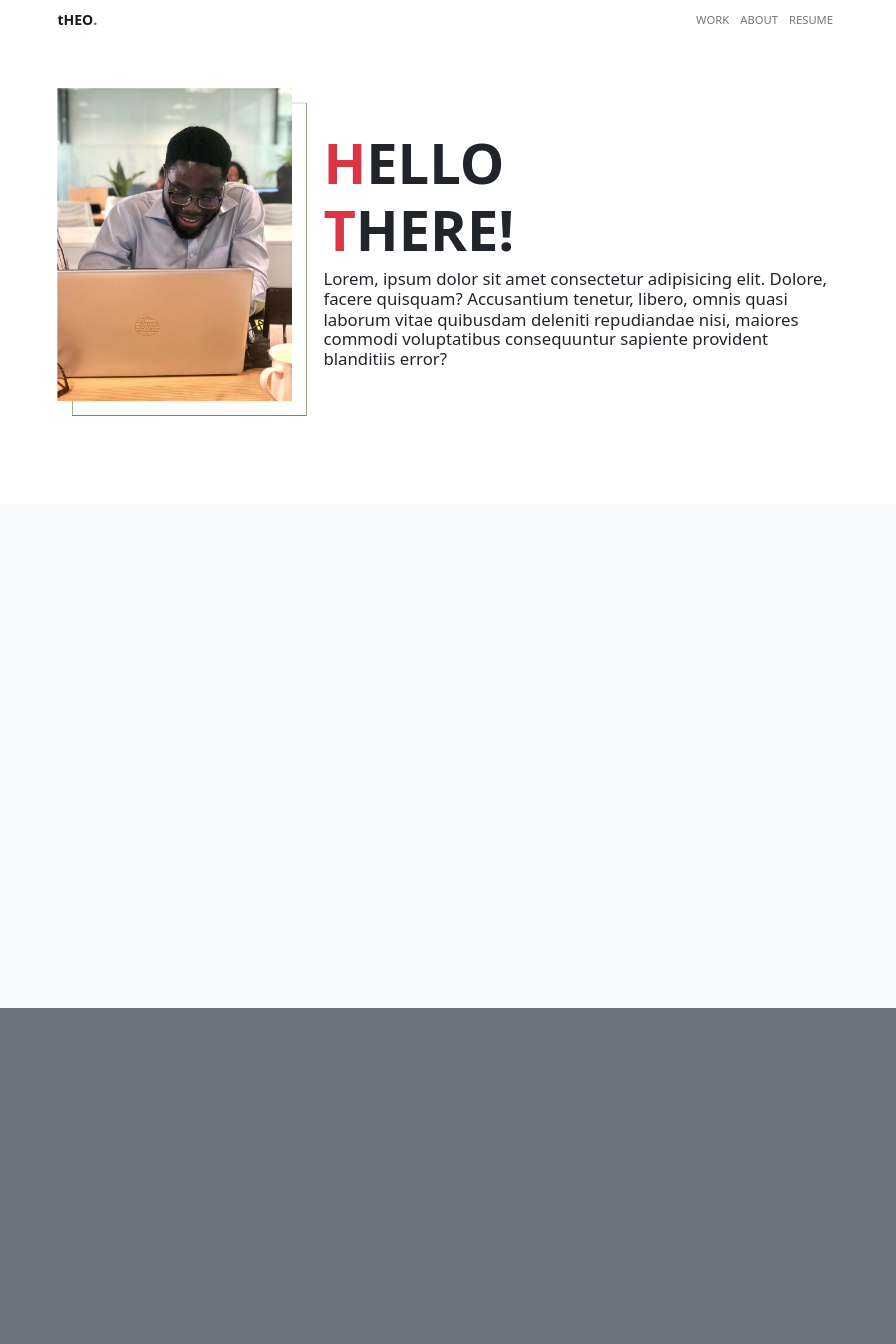
Repository: tHEO2k17/portfolio
Page: /
The author's editor kept a copy of each file at every save. The page is drawn from the files as they stood at one save, then again after the next save.
The browser window is 1280 px wide. The pictures show the part of the page from y = 0 to 1920 px (the page is 3000 px tall), at 70% of full size.
The project was rebuilt for these pictures with package versions that can differ from the ones it lists, and the page was loaded fresh each time.

Above is the page before, as saved 2021-07-22 07:31:05.

### public/index.html
<!DOCTYPE html>
<html lang="en">
  <head>
    <meta charset="utf-8" />
    <link rel="icon" href="%PUBLIC_URL%/favicon.ico" />
    <meta name="viewport" content="width=device-width, initial-scale=1" />
    <meta name="theme-color" content="#000000" />
    <meta
      name="description"
      content="Web site created using create-react-app"
    />
    <link rel="apple-touch-icon" href="%PUBLIC_URL%/logo192.png" />
    <link rel="manifest" href="%PUBLIC_URL%/manifest.json" />
    <title>Theophilus Paintsil - Portfolio</title>
  </head>
  <body>
    <noscript>You need to enable JavaScript to run this app.</noscript>
    <div id="root"></div>
  </body>
</html>

### src/index.tsx
import React from 'react';
import ReactDOM from 'react-dom';
import './index.scss';
import App from './presentation/App';

ReactDOM.render(
  <React.StrictMode>
    <App />
  </React.StrictMode>,
  document.getElementById('root')
);

### src/presentation/App.tsx
import React from 'react';
import { Switch, Route, BrowserRouter as Router, } from 'react-router-dom';
import HomePage from './pages/HomePage';

function App() {
  return (
    <Router>
      <Switch>
        <Route exact path="/" component={HomePage} />
      </Switch>
    </Router>
  );
}

export default App;

### src/presentation/pages/HomePage.tsx
import { Col, Container, Nav, Navbar, Row, Image } from "react-bootstrap";

export default function HomePage() {
    return (
        <>
            <Navbar expand="lg" fixed="top" variant="light">
                <Container>
                    <Navbar.Brand href="#home">
                        <span className="fw-bold">tHEO<b className="text-danger">.</b></span>
                    </Navbar.Brand>
                    <Navbar.Toggle />
                    <Navbar.Collapse>
                        <Nav className="ms-auto">
                            <Nav.Link href="#home">WORK</Nav.Link>
                            <Nav.Link href="#home">ABOUT</Nav.Link>
                            <Nav.Link href="#link">RESUME</Nav.Link>
                        </Nav>
                    </Navbar.Collapse>
                </Container>
            </Navbar>

            <header className="min-vh-100">
                <Container>
                    <Row className="align-items-center min-vh-100 my-auto">
                        <Col md="4"> <Image src="assets/images/theo.png" fluid /> </Col>
                        <Col>
                            <h1 className="display-1 fw-bold"><b className="text-danger">H</b>ELLO <br /> <b className="text-danger">T</b>HERE!</h1>
                            <h4>
                                Lorem, ipsum dolor sit amet consectetur adipisicing elit. Dolore, facere quisquam? Accusantium tenetur, libero, omnis quasi laborum vitae quibusdam deleniti repudiandae nisi, maiores commodi voluptatibus consequuntur sapiente provident blanditiis error?
                            </h4>
                        </Col>
                    </Row>
                </Container>
            </header>

            <section className="bg-light min-vh-100">
                {/* skills and tools */}
            </section>

            <section className="bg-secondary min-vh-100">
                {/* employment history */}
            </section>

            <section className="bg-light min-vh-100">
                {/* work gallery */}
            </section>

            <footer className="bg-dark text-white">
                <Container className="py-5">
                    <Row>
                        <Col>&copy; {new Date().getFullYear()} Theophilus Paintsil. All rights reserved </Col>
                    </Row>
                </Container>
            </footer>

        </>
    );
}

Loaded but not shown: src/index.scss (common file)

After the next save:
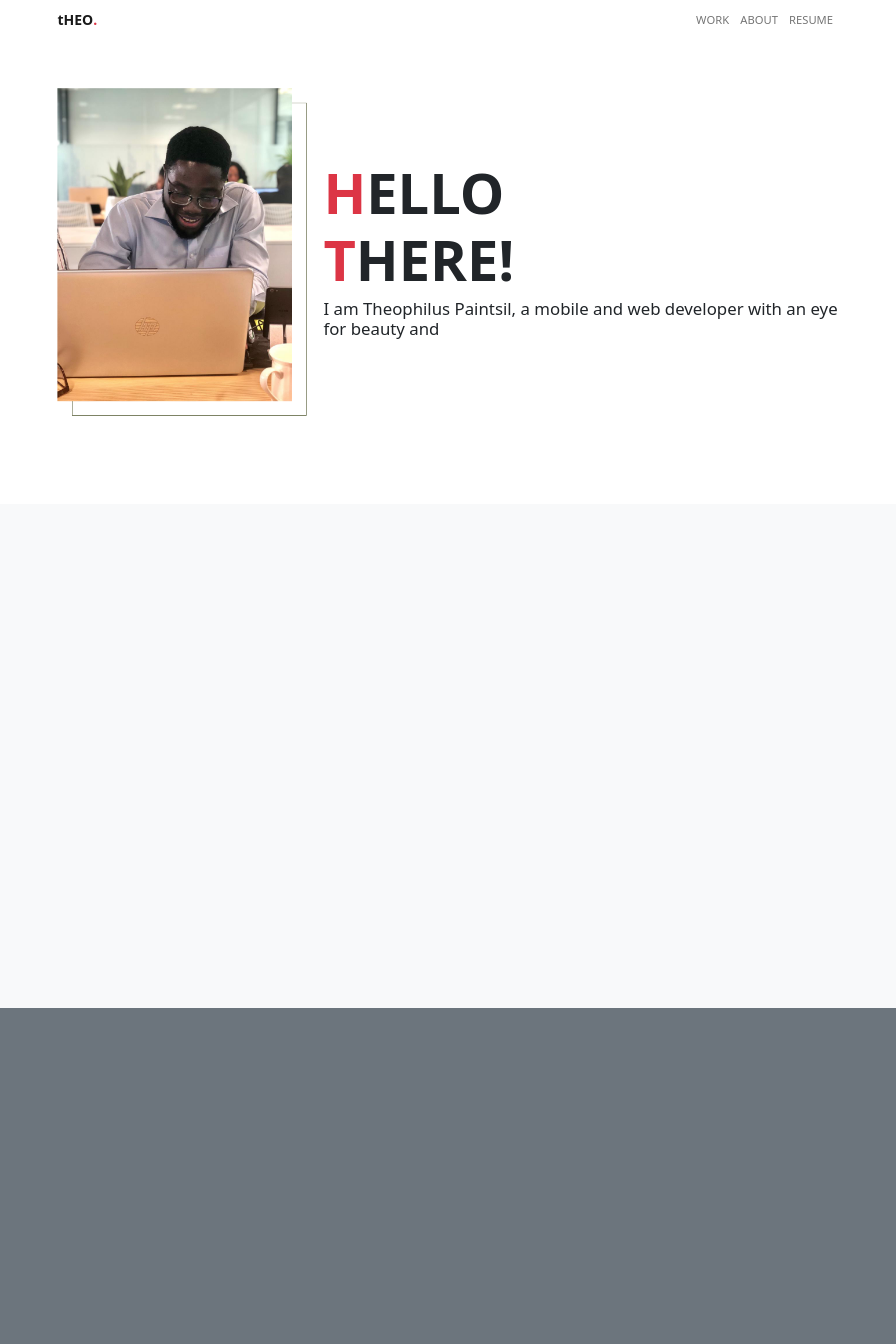
Saved 3 min 2 s later.
--- a/src/presentation/pages/HomePage.tsx
+++ b/src/presentation/pages/HomePage.tsx
@@ -24,9 +24,12 @@ export default function HomePage() {
                     <Row className="align-items-center min-vh-100 my-auto">
                         <Col md="4"> <Image src="assets/images/theo.png" fluid /> </Col>
                         <Col>
-                            <h1 className="display-1 fw-bold"><b className="text-danger">H</b>ELLO <br /> <b className="text-danger">T</b>HERE!</h1>
+                            <h1 className="display-1 fw-bold">
+                                <b className="text-danger">H</b>ELLO <br />
+                                <b className="text-danger">T</b>HERE!
+                            </h1>
                             <h4>
-                                Lorem, ipsum dolor sit amet consectetur adipisicing elit. Dolore, facere quisquam? Accusantium tenetur, libero, omnis quasi laborum vitae quibusdam deleniti repudiandae nisi, maiores commodi voluptatibus consequuntur sapiente provident blanditiis error?
+                                I am Theophilus Paintsil, a mobile and web developer with an eye for beauty and
                             </h4>
                         </Col>
                     </Row>
